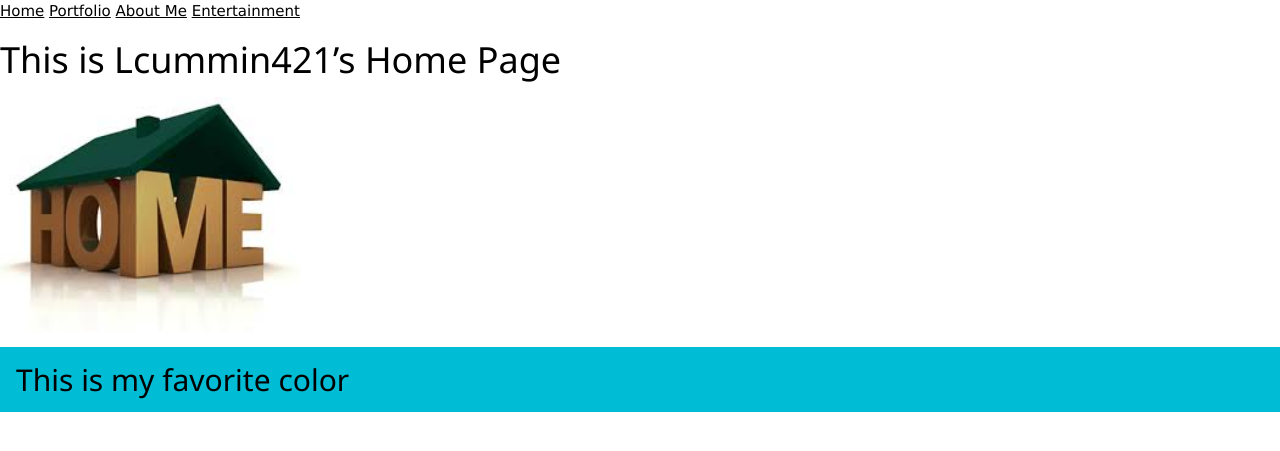
Repository: Lcummin421/Lcummin421.github.io
Page: my_website/index.html
The author's editor kept a record of every edit. The page is drawn from the files as they stood at one moment, then again after the next edit.
The browser window is 1280 px wide. The pictures show the whole page.

Above is the page before.

After the next edit:
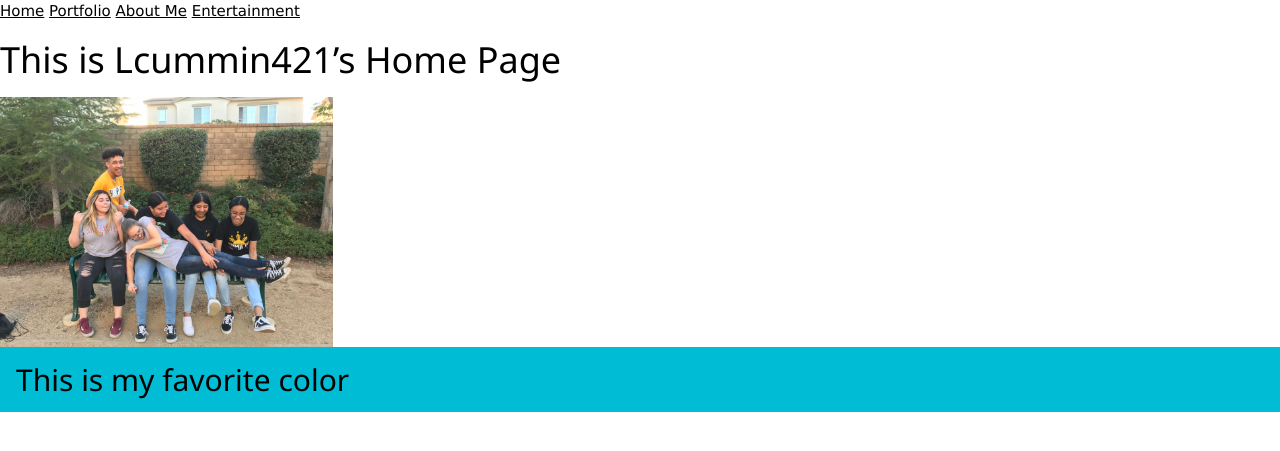
The edit:
--- a/my_website/index.html
+++ b/my_website/index.html
@@ -10,7 +10,7 @@
     <a href="about.html">About Me</a>
     <a href="entertainment.html">Entertainment</a>
     <h1>This is Lcummin421’s Home Page</h1>
-    <img src="images/home.jpg" height="250">
+    <img src="images/friends.jpg" height="250">
     <!DOCTYPE html>
 <html>
 <title>W3.CSS</title>
